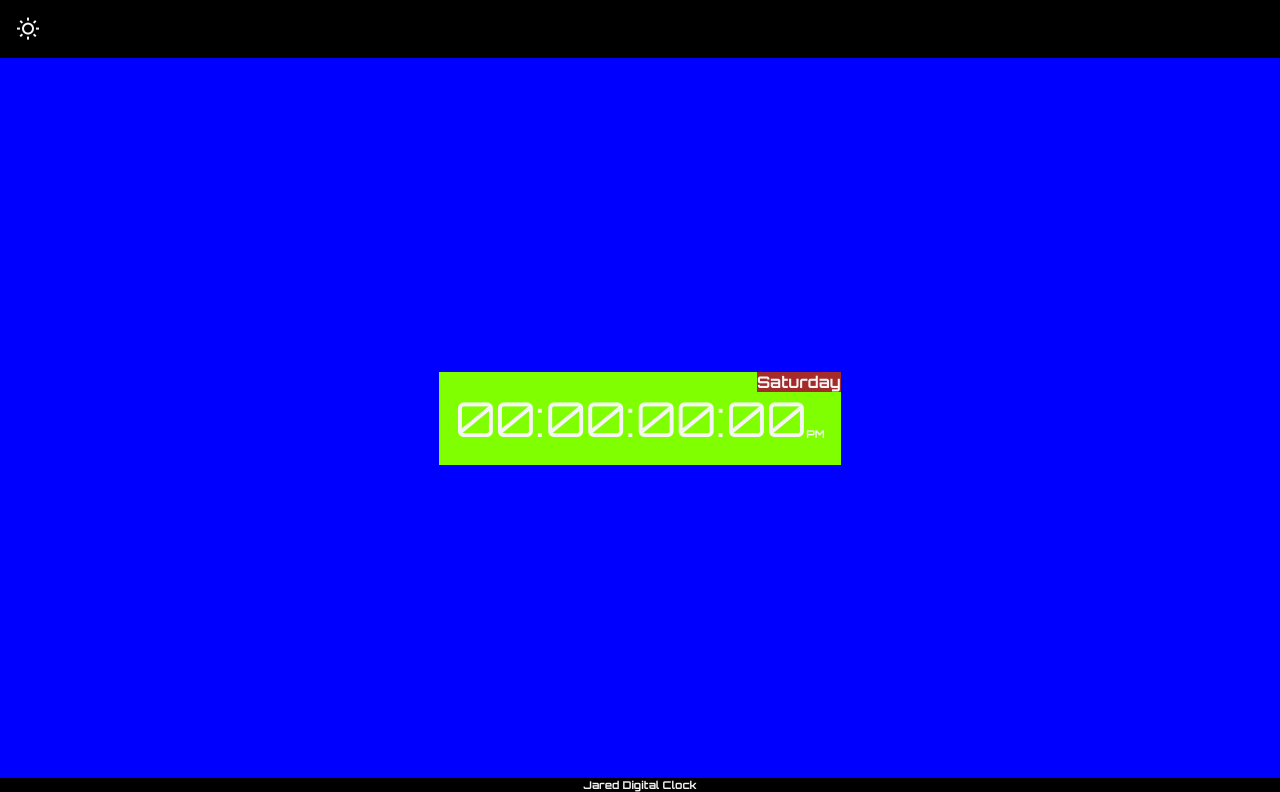
Repository: EguJaredoBoyd/Jared-Digital-Clock
Page: index.html
An editor plug-in stored every save of this project. The page is shown before and after the next save, followed by the edit.
The browser window is 1280 px wide. The pictures show the whole page.
Some web libraries are served in a nearby version.

Above is the page before, as saved 2026-01-04 22:36:10.

After the next save:
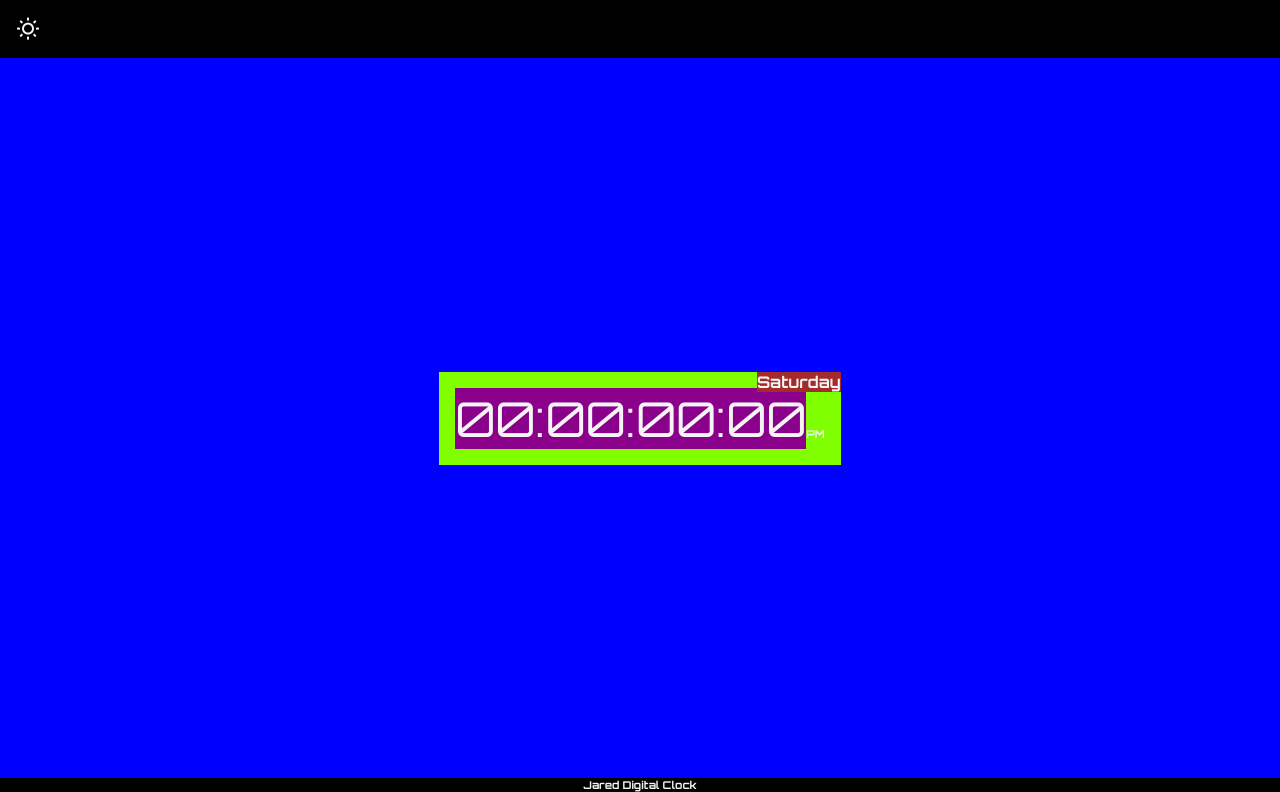
Saved 21 s later.
--- a/css/styles.css
+++ b/css/styles.css
@@ -96,6 +96,7 @@ header button i {
 
 .watch-container__time p {
   font-size: 3rem;
+  background-color: darkmagenta;
 }
 
 .watch-container__time h6 {
